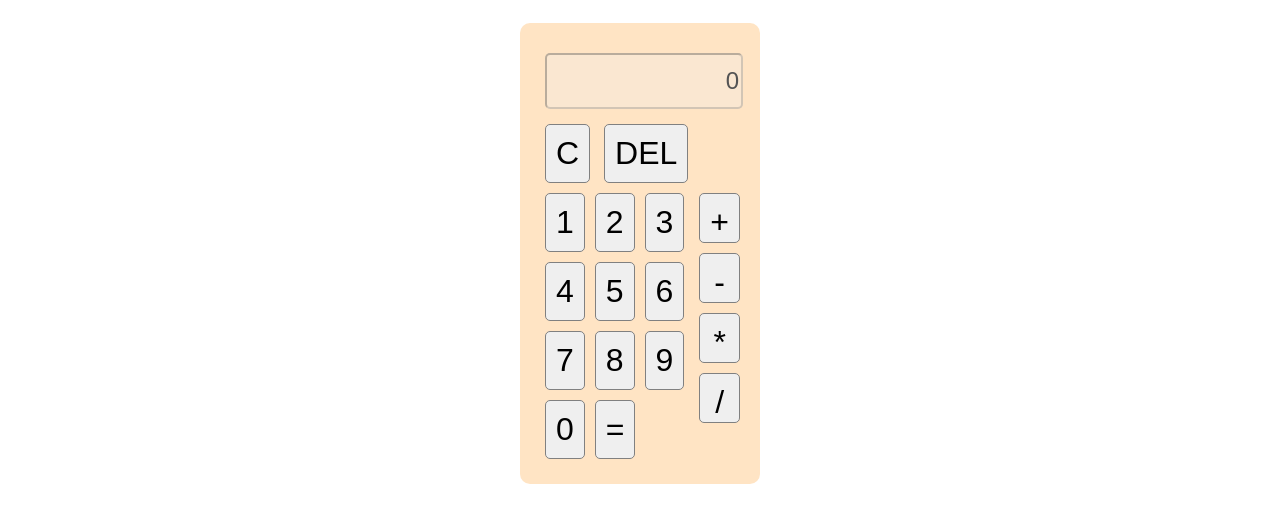
Repository: jaskeat/Calculator
Page: index.html
An editor plug-in stored every save of this project. The page is shown before and after the next save, followed by the edit.
The browser window is 1280 px wide. The pictures show the whole page.

Above is the page before, as saved 2024-09-05 13:21:02.

After the next save:
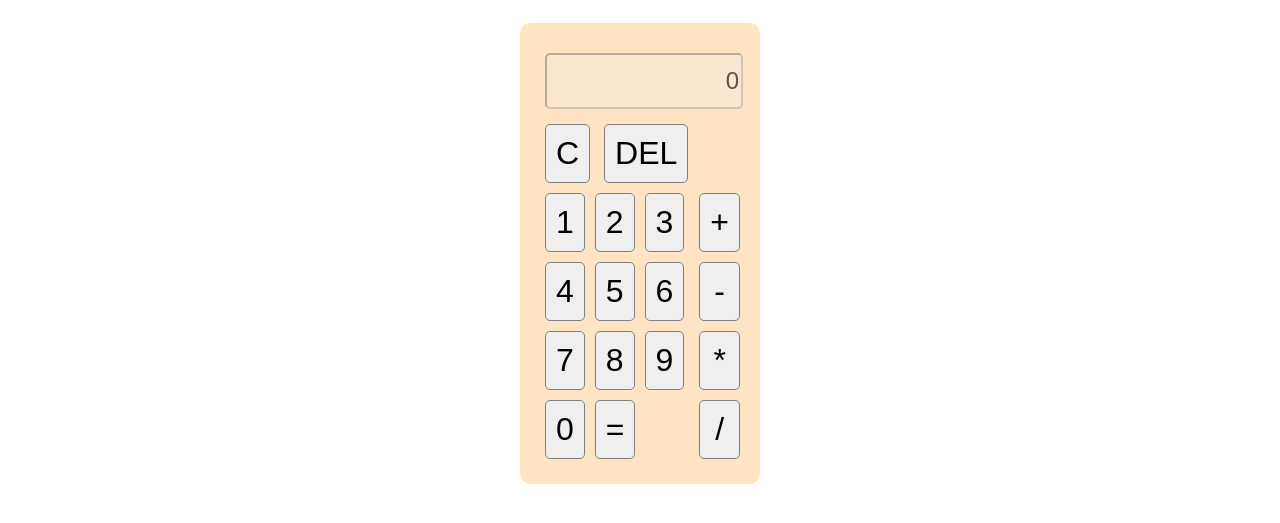
Saved 5 s later.
--- a/style.css
+++ b/style.css
@@ -42,7 +42,7 @@ input {
 
 .operators button {
 	width: auto;
-	height: 50px;
+	height: auto;
 	margin: 5px 0;
 }
 
